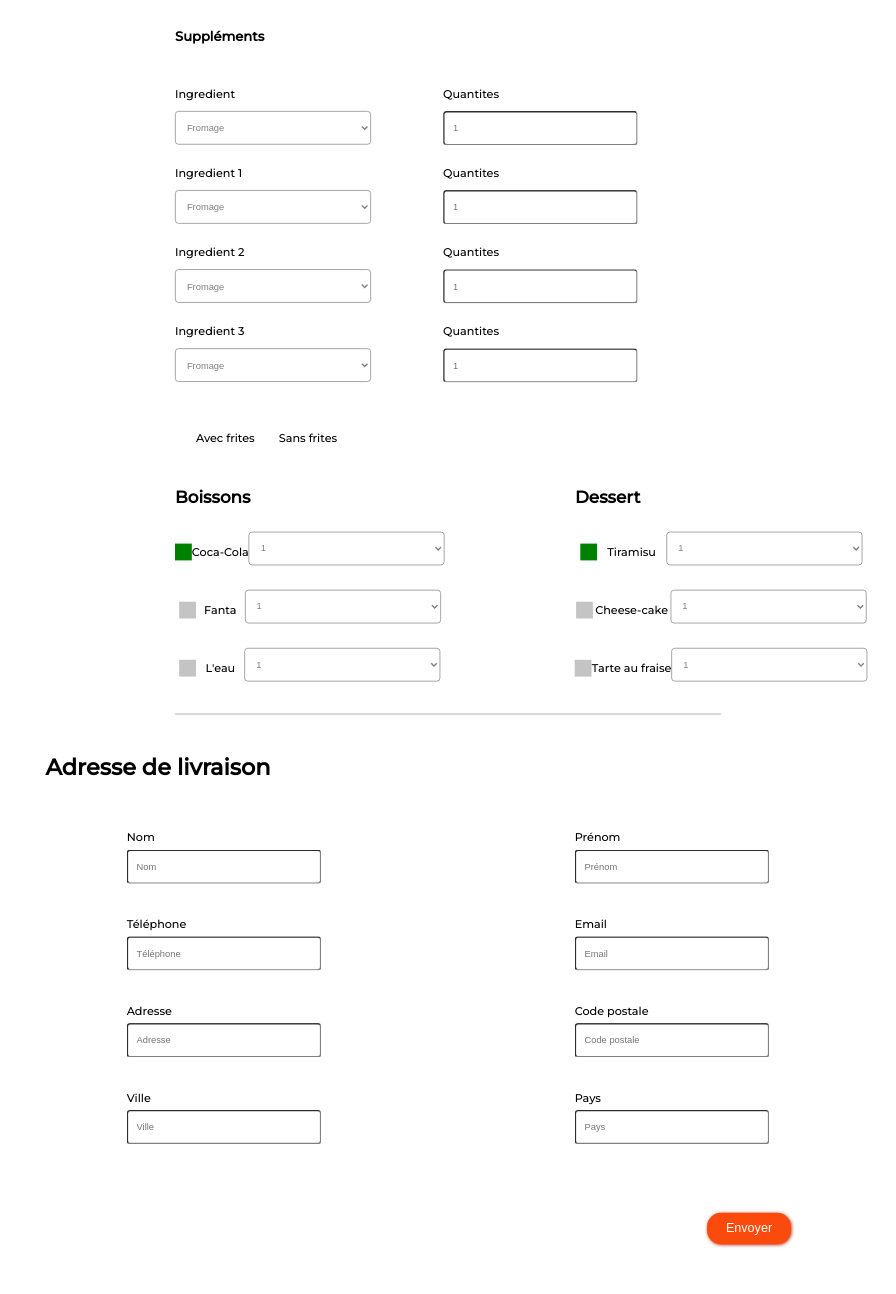
Repository: Ahlam-belhadj/bella-olange
Page: index2.html
The author's editor kept a copy of each file at every save. The page is drawn from the files as they stood at one save, then again after the next save.
The browser window is 1280 px wide. The pictures show the part of the page from y = 1431 to 3351 px (the page is 3279 px tall before and 3351 px after), at 70% of full size.

Above is the page before, as saved 2023-02-14 19:32:25.

After the next save:
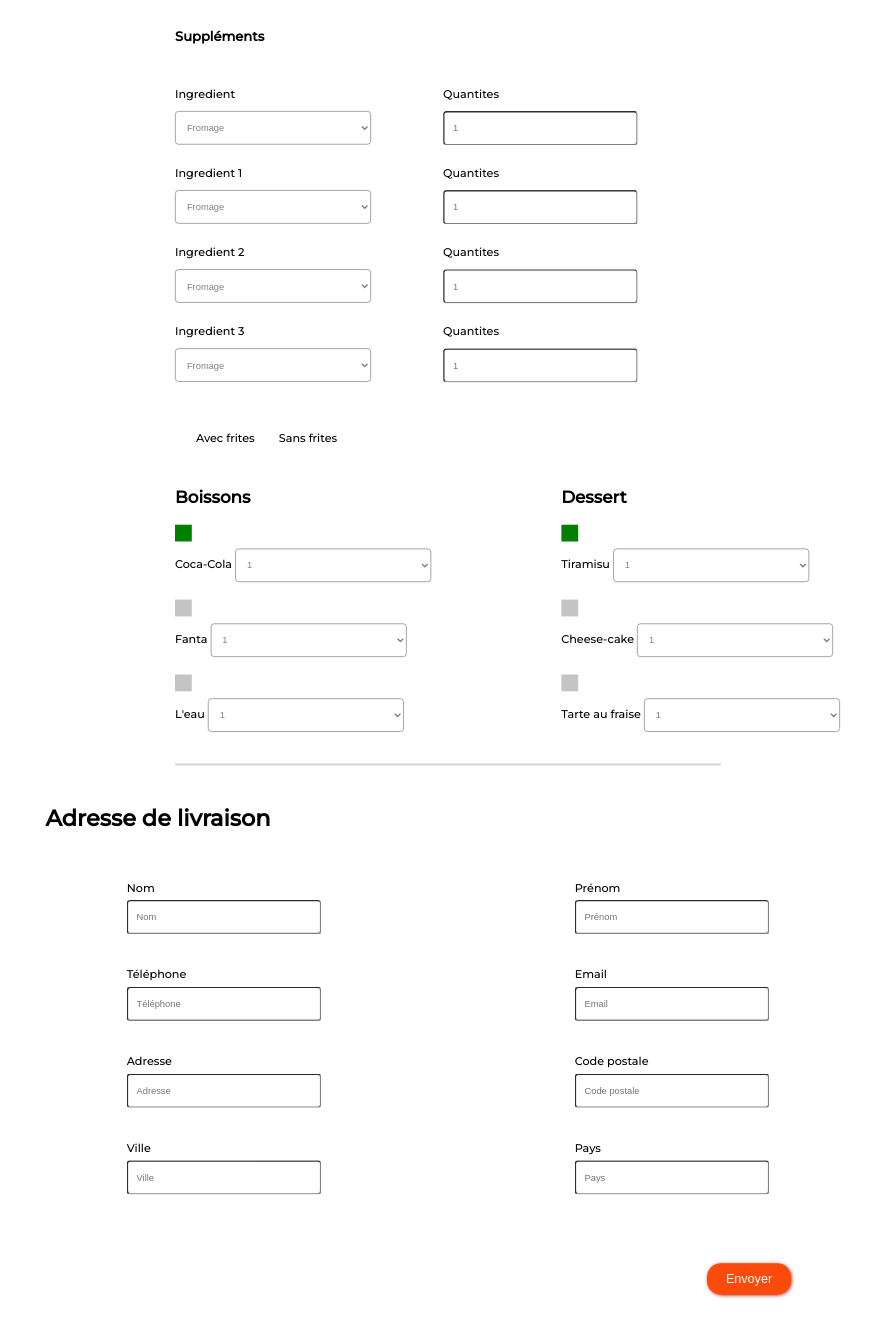
Saved 4 min 46 s later.
--- a/style2.css
+++ b/style2.css
@@ -294,9 +294,9 @@
 }
 
 .boissons{
-    display: flex;
+    /* display: flex;
     align-items: center;
-    justify-content: space-around;
+    justify-content: space-around; */
     /* width: 31rem; */
     padding-top: 5px;
 }

After the 2 saves that followed:
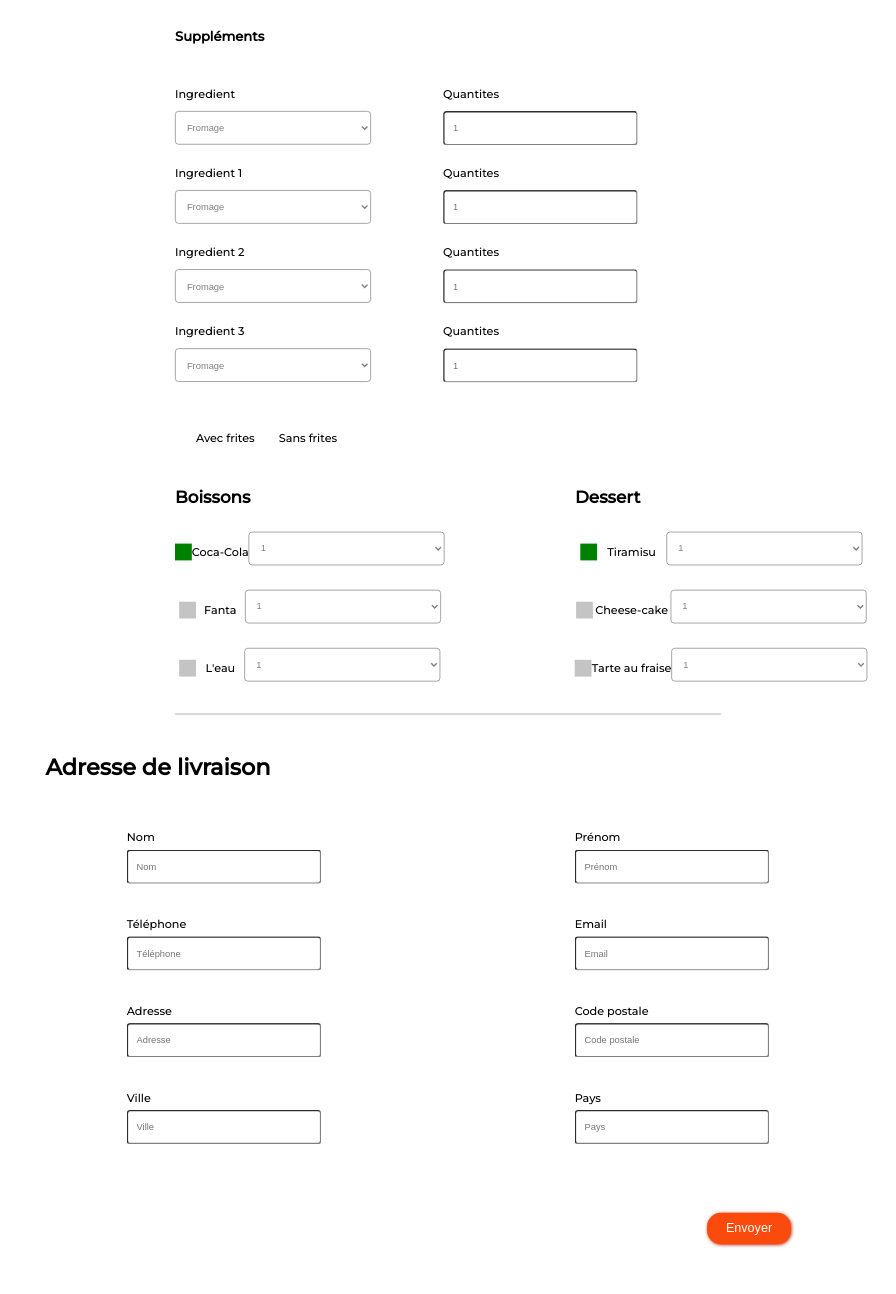
The 2 saves are shown as one change because they came seconds apart.
The last was saved 61 s later.
--- a/style2.css
+++ b/style2.css
@@ -294,9 +294,9 @@
 }
 
 .boissons{
-    /* display: flex;
+     display: flex;
     align-items: center;
-    justify-content: space-around; */
+    justify-content: space-around;
     /* width: 31rem; */
     padding-top: 5px;
 }
